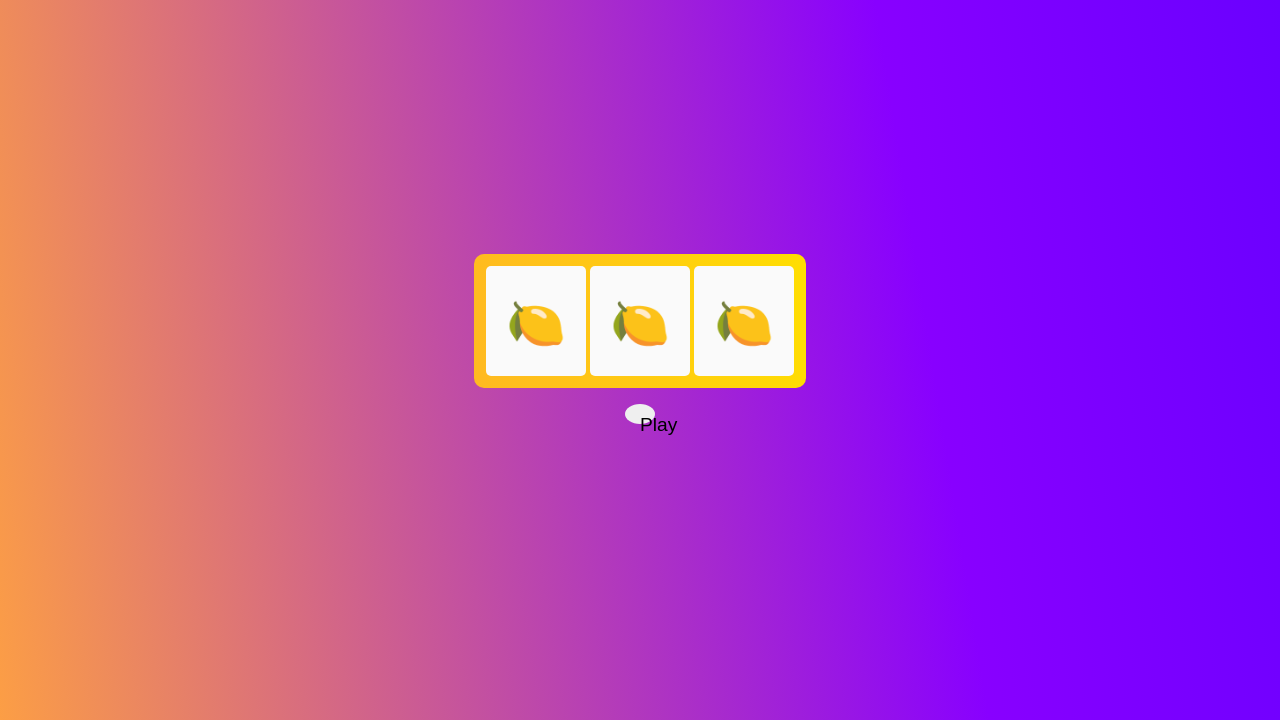
Repository: HERBOD7/slotmachine
Page: /
The author's editor kept a copy of each file at every save. The page is drawn from the files as they stood at one save, then again after the next save.
The browser window is 1280 px wide. The pictures show the whole page.
The project was rebuilt for these pictures with package versions that can differ from the ones it lists, and the page was loaded fresh each time. Also part of the build but not shown: vue.config.js.

Above is the page before, as saved 2023-07-23 12:01:38.

### src/App.vue
<template>
  <div id="app">
    <div class="slots">
      <div class="slot" v-for="(symbol, name, i) in symbols" :key="i">
        <SlotBox
          :symbols="symbol"
          :slotName="name"
          :slotIsShuffling="isShuffling"
        />
      </div>
    </div>

    <div class="buttons">
      <button @click="spin" class="spinner">Play</button>
    </div>
  </div>
</template>

<script>
import SlotBox from "./components/SlotBox.vue";

export default {
  name: "App",
  components: {
    SlotBox,
  },
  data() {
    return {
      symbols: {
        firstSlot: ["🍋", "🍉", "🍒", "🍊"],
        secondSlot: ["🍋", "🍉", "🍒", "🍊"],
        thirdSlot: ["🍋", "🍉", "🍒", "🍊"],
      },
      isShuffling: false,
    };
  },
  methods: {
    spin() {
      this.isShuffling = true;
      for (let name in this.symbols) {
        const arr = [];
        arr.push(...this.symbols[name]);
        this.symbols[name] = this.shuffle(arr);
      }
      setTimeout(() => {
        this.isShuffling = false;
      }, 100);
    },
    shuffle(array) {
      for (let i = array.length - 1; i > 0; i--) {
        const j = Math.floor(Math.random() * (i + 1));
        [array[i], array[j]] = [array[j], array[i]];
      }
      return array;
    },
  },
};
</script>

<style>
body {
  width: 100vw;
  height: 100vh;
  margin: 0;
  padding: 0;
}

#app {
  width: 100%;
  height: 100%;
  display: flex;
  flex-direction: column;
  justify-content: center;
  align-items: center;
  background: rgb(106, 0, 255);
  background: linear-gradient(
    261deg,
    rgba(106, 0, 255, 1) 0%,
    rgba(136, 0, 255, 1) 29%,
    rgba(252, 158, 69, 1) 100%
  );
}

.slots {
  display: flex;
  background: rgb(255, 222, 1);
  background: linear-gradient(
    261deg,
    rgba(255, 222, 1, 1) 0%,
    rgba(255, 185, 33, 1) 100%
  );
  padding: 10px;
  border-radius: 10px;
}

.slot {
  background: #fafafa;
  width: 100px;
  height: 110px;
  overflow: hidden;
  border-radius: 5px;
  margin: 2px;
}

.buttons {
  margin: 1rem 0 2rem 0;
}

button {
  cursor: pointer;
  font-size: 1.2rem;
  margin: 0 0.2rem;
  border: none;
  border-radius: 5px;
  padding: 10px 15px;
}

.spinner {
  height: 10px;
  width: 10px;
  border-radius: 100%;
}
</style>

### src/components/SlotBox.vue
<template>
  <div class="boxes">
    <div
      :class="[
        'box',
        slotIsShuffling ? 'before-animate blur' : slotName + '-animation',
      ]"
      v-for="(item, index) in symbols"
      :key="index"
    >
      {{ item }}
    </div>
  </div>
</template>

<script>
export default {
  name: "SlotBox",
  props: {
    symbols: Array,
    slotIsShuffling: Boolean,
    slotName: String,
  },
};
</script>

<!-- Add "scoped" attribute to limit CSS to this component only -->
<style scoped>
.boxes {
  transform: translateY(0);
  transition: transform 1s ease-in-out;
}

.box {
  display: flex;
  justify-content: center;
  align-items: center;
  font-size: 3rem;
  height: 110px;
  width: 100px;
}

.firstSlot-animation {
  transform: translateY(3px);
  transition: transform 0.5s ease-in-out;
}

.secondSlot-animation {
  transform: translateY(3px);
  transition: transform 0.8s ease-in-out;
}

.thirdSlot-animation {
  transform: translateY(3px);
  transition: transform 1s ease-in-out;
}

.before-animate {
  transform: translateY(-20px);
}

.blur {
  filter: blur(1px);
}
</style>

Loaded but not shown: public/index.html (common file); src/main.js (common file)

After the next save:
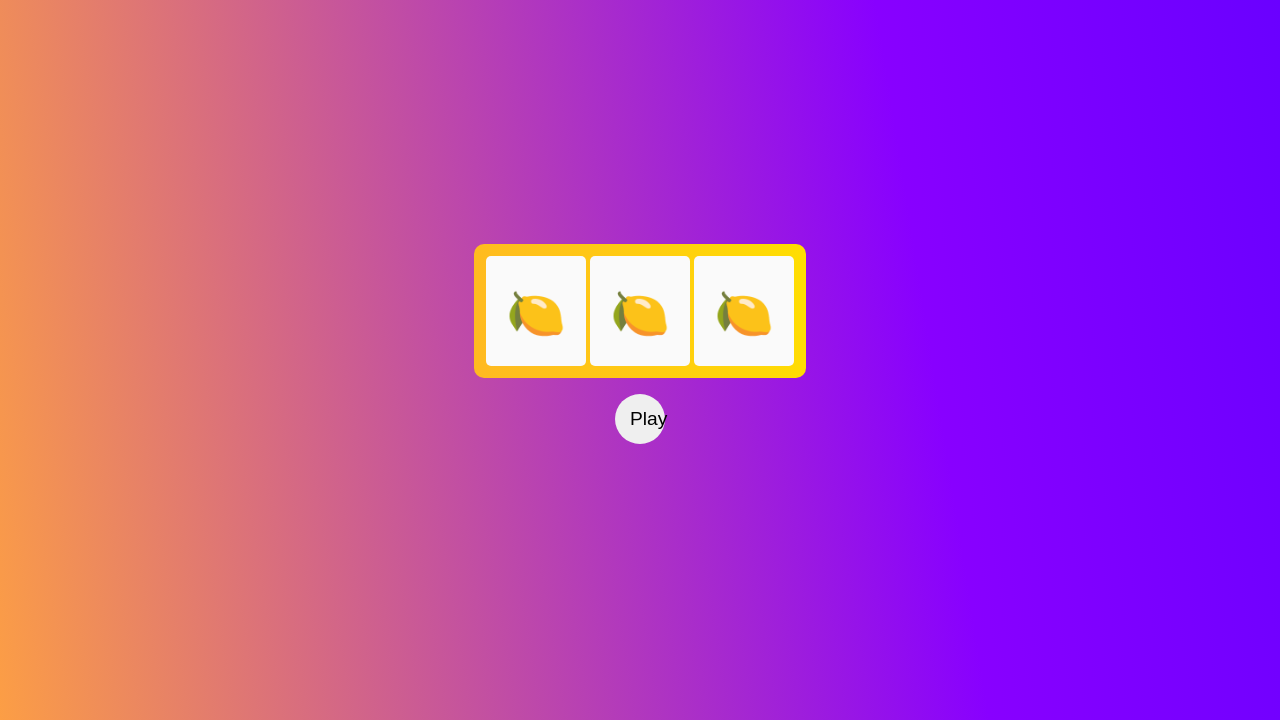
Saved 9 s later.
--- a/src/App.vue
+++ b/src/App.vue
@@ -116,8 +116,8 @@ button {
 }
 
 .spinner {
-  height: 10px;
-  width: 10px;
+  height: 50px;
+  width: 50px;
   border-radius: 100%;
 }
 </style>
